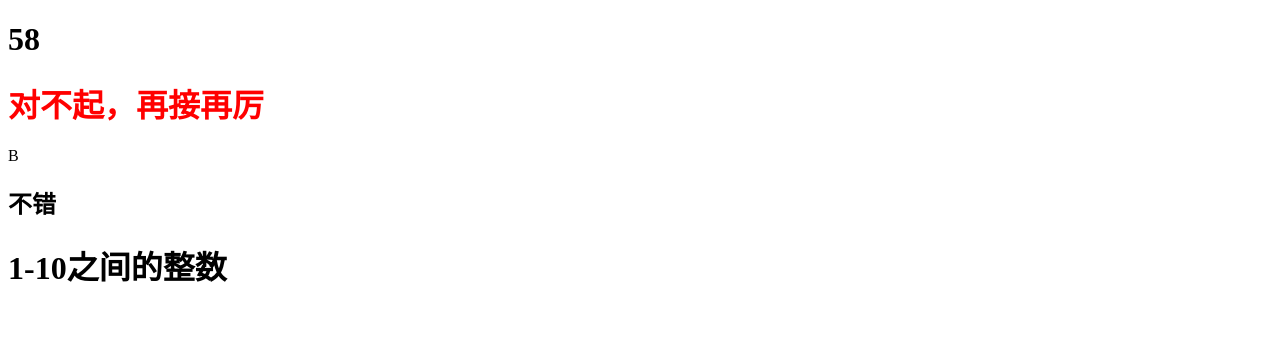
Repository: linqinyun/JavaCode
Page: http://localhost/jstl/jstl
The author's editor kept a copy of each file at every save. The page is drawn from the files as they stood at one save, then again after the next save.
The browser window is 1280 px wide. The pictures show the whole page.
The page is served by Tomcat 9. Other server files are loaded and not shown.

Above is the page before, as saved 2020-11-16 07:23:30.

### jstl/WebContent/core.jsp
<%@ page language="java" contentType="text/html; charset=UTF-8"
	pageEncoding="UTF-8"%>
<%@ taglib uri="http://java.sun.com/jsp/jstl/core" prefix="c"%>
<!DOCTYPE html>
<html>
<head>
<meta charset="UTF-8">
<title>Insert title here</title>
</head>
<body>
	<h1>${requestScope.score }</h1>
	<c:if test="${score>=60 }">
		<h1 style="color: green">恭喜你，你已通过测试</h1>
	</c:if>
	<c:if test="${score<60 }">
		<h1 style="color: red">对不起，再接再厉</h1>
	</c:if>

	<!-- choose when otherwise -->
	${grade }
	<c:choose>
		<c:when test="${grade == 'A' }">
			<h2>你很优秀</h2>
		</c:when>
		<c:when test="${grade == 'B' }">
			<h2>不错</h2>
		</c:when>
		<c:when test="${grade == 'C' }">
			<h2>水平一般，需要提高</h2>
		</c:when>
		<c:when test="${grade == 'D' }">
			<h2>需要努力了</h2>
		</c:when>
		<c:otherwise>
			<h2>一切随缘吧</h2>
		</c:otherwise>
	</c:choose>
	<%
		int x = 5;
		request.setAttribute("x", x);
	%>
	<c:if test="${x>0 && x<=10 }">
		<h1>1-10之间的整数</h1>
	</c:if>
	<c:if test="${x>10&&x<=20 }">
		<h1>11-20之间的整数</h1>
	</c:if>
</body>
</html>

### jstl/src/pers/java/jstl/Jstl.java
package pers.java.jstl;

import java.io.IOException;
import javax.servlet.ServletException;
import javax.servlet.annotation.WebServlet;
import javax.servlet.http.HttpServlet;
import javax.servlet.http.HttpServletRequest;
import javax.servlet.http.HttpServletResponse;

/**
 * Servlet implementation class Jstl
 */
@WebServlet("/jstl")
public class Jstl extends HttpServlet {
	private static final long serialVersionUID = 1L;

    /**
     * @see HttpServlet#HttpServlet()
     */
    public Jstl() {
        super();
        // TODO Auto-generated constructor stub
    }

	/**
	 * @see HttpServlet#doGet(HttpServletRequest request, HttpServletResponse response)
	 */
	protected void doGet(HttpServletRequest request, HttpServletResponse response) throws ServletException, IOException {
		request.setAttribute("score", 58);
		request.setAttribute("grade", "B");
		request.getRequestDispatcher("/core.jsp").forward(request, response);
	}

}

After the next save:
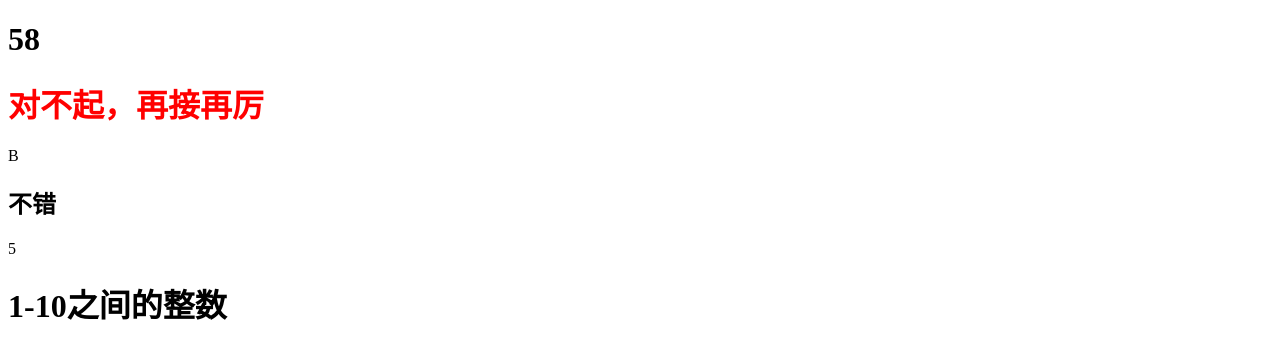
Saved 17 s later.
--- a/jstl/WebContent/core.jsp
+++ b/jstl/WebContent/core.jsp
@@ -39,6 +39,7 @@
 		int x = 5;
 		request.setAttribute("x", x);
 	%>
+	${x }
 	<c:if test="${x>0 && x<=10 }">
 		<h1>1-10之间的整数</h1>
 	</c:if>
